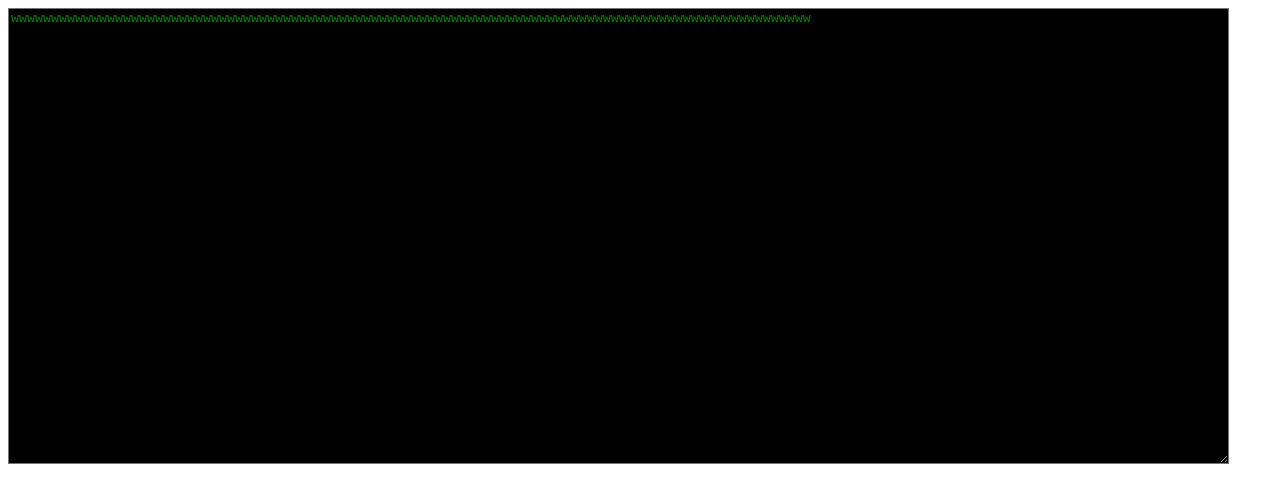
Repository: superdids/DAT152
Page: DigitalRain/WebContent/index.html
The author's editor kept a copy of each file at every save. The page is drawn from the files as they stood at one save, then again after the next save.
The browser window is 1280 px wide. The pictures show the whole page.

Above is the page before, as saved 2015-08-30 14:33:25.

After the next save:
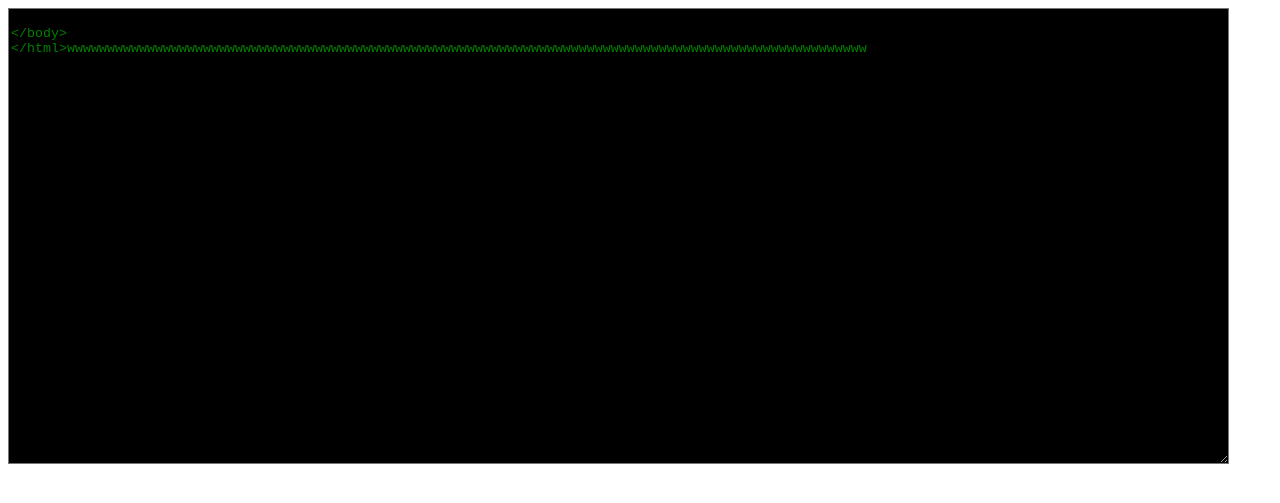
Saved 8 s later.
--- a/DigitalRain/WebContent/index.html
+++ b/DigitalRain/WebContent/index.html
@@ -8,7 +8,7 @@
 <body>
 
 <!-- <input id="digital" type="text" style="background-color: black;color: green" readonly  /> -->
-<textarea id="digital" style="background-color: black;color: green" ></textarea>
+<textarea id="digital" style="background-color: black;color: green" />
 
 </body>
 </html>

After the save that followed:
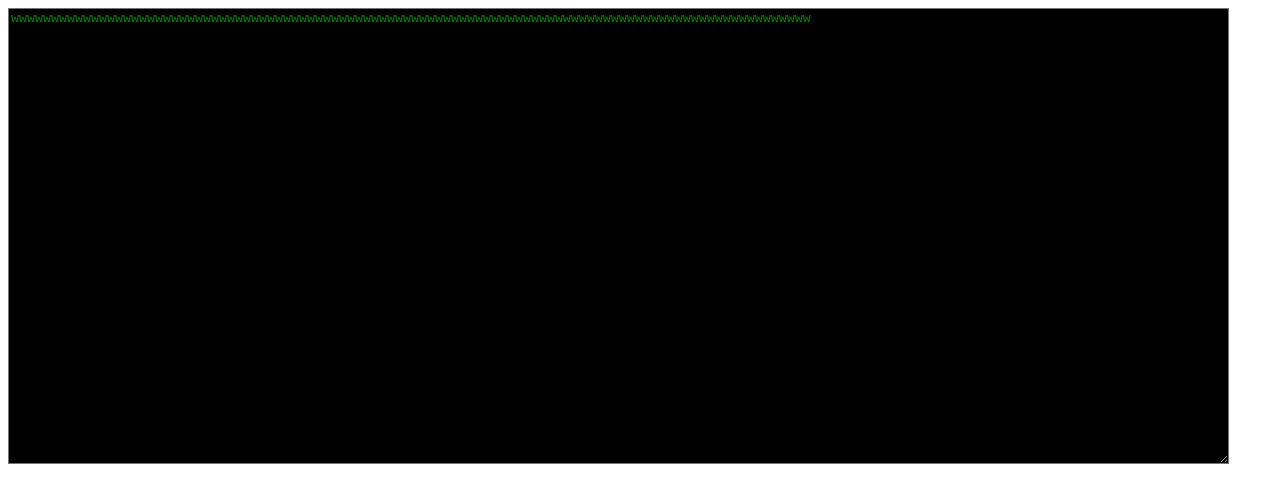
Saved 15 s later.
--- a/DigitalRain/WebContent/index.html
+++ b/DigitalRain/WebContent/index.html
@@ -8,7 +8,8 @@
 <body>
 
 <!-- <input id="digital" type="text" style="background-color: black;color: green" readonly  /> -->
-<textarea id="digital" style="background-color: black;color: green" />
+<textarea id="digital" style="background-color: black;color: green" >
+</textarea>
 
 </body>
 </html>
